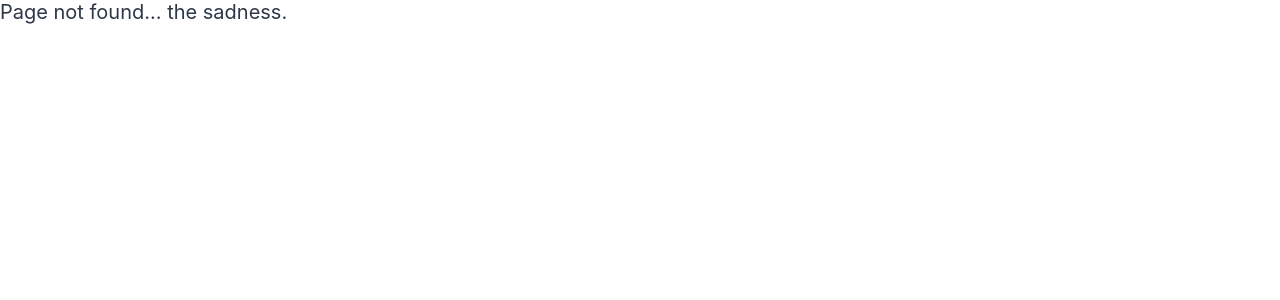
Repository: simgyungam/react-ts-skeleton
Page: /
The author's editor kept a copy of each file at every save. The page is drawn from the files as they stood at one save, then again after a run of saves.
The browser window is 1280 px wide. The pictures show the whole page.
The project was rebuilt for these pictures with package versions that can differ from the ones it lists, and the page was loaded fresh each time. A package was used in the major version that the imports need, not the one package.json lists. Also part of the build but not shown: src/containers/App/style.scss, src/components/Hello/index.tsx.

Above is the page before, as saved 2020-12-01 17:04:23.

After the next 2 saves:
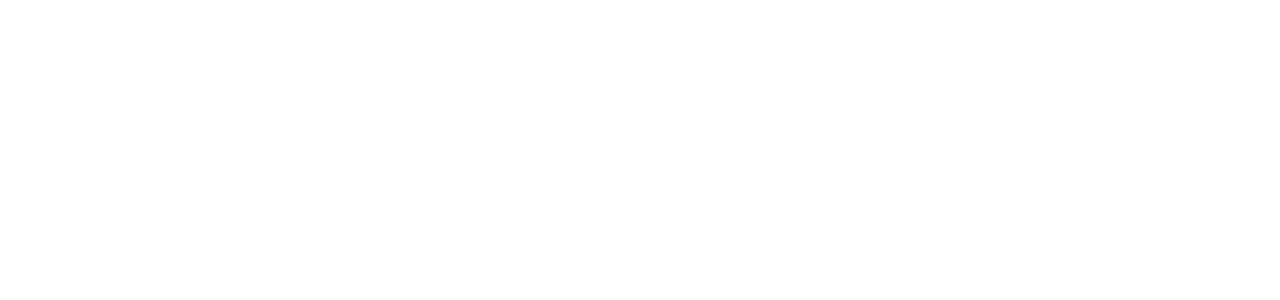
Console error (its wording comes from the project's code and is left out).
The 2 saves are shown as one change because they came seconds apart.
The last was saved 43 s later.
--- a/src/containers/App/index.tsx
+++ b/src/containers/App/index.tsx
@@ -7,6 +7,7 @@
 }
 
 class App extends Component {
+  constructor() {}
   render() {
     const { children } = this.props;
     return (

After the save that followed:
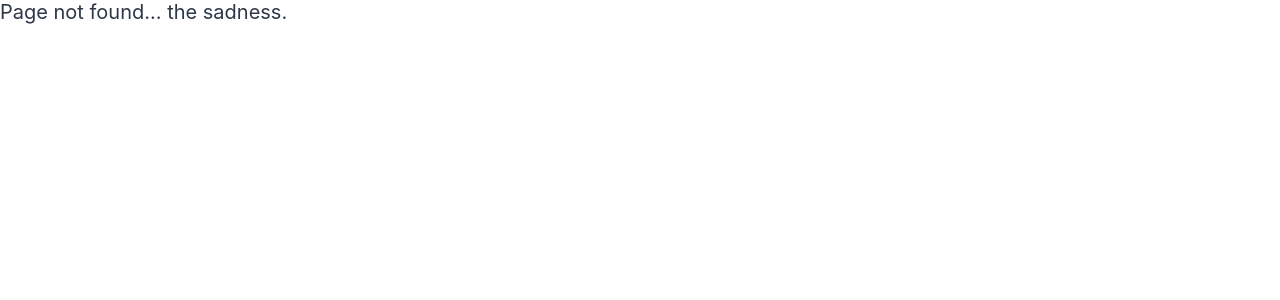
The error is gone.
Saved 8 s later.
--- a/src/containers/App/index.tsx
+++ b/src/containers/App/index.tsx
@@ -7,7 +7,6 @@
 }
 
 class App extends Component {
-  constructor() {}
   render() {
     const { children } = this.props;
     return (
